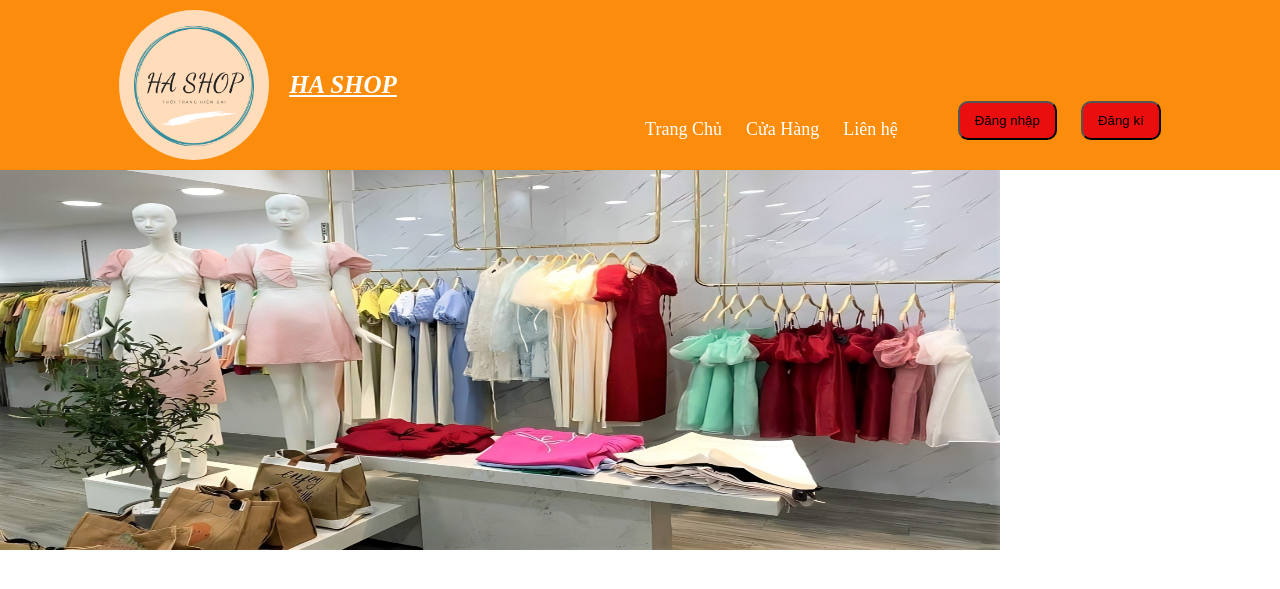
Repository: manhhieu120499/demo_page
Page: trangchu.html
These files come from the project's save history. The page is drawn as it stood at one moment and after the next save; the edit follows.
The browser window is 1280 px wide. The pictures show the whole page.

Above is the page before, as saved 2023-03-04 10:05:36.

### trangchu.html
<!DOCTYPE html>
<html lang="en">

<head>
    <meta charset="UTF-8" />
    <meta http-equiv="X-UA-Compatible" content="IE=edge" />
    <meta name="viewport" content="width=device-width, initial-scale=1.0" />
    <title>Document</title>
    <link rel="stylesheet" href="./style_trangchu.css">
</head>

<body>
    <div class="wrap">
        <div class="header">
            <div class="left-header">
                <img src="./Thời trang hiện dại.png" alt="logo_shop" class="picture"/>
                <h2 class="shop_name">HA SHOP</h2>
            </div>

            <div class="right-header">
                <div class="link">
                    <a href="#">Trang Chủ</a>
                    <a href="#">Cửa Hàng</a>
                    <a href="#">Liên hệ</a>
                </div>
                 <div class="btn">
                     <button>Đăng nhập</button>
                     <button>Đăng kí</button>
                 </div>
            </div>
        </div>

        <div class="slide_bar">
            <img src="./slide.jpg" alt="slide_picture">
        </div>


</body>

</html>

### style_trangchu.css
* {
    margin: 0;
    box-sizing: border-box;
}


.header {
    background-color: #FC8D0C;
    display: flex;
    justify-content: space-around;
    position: fixed;
    width: 100%;
    top: 0;
    left: 0;
    padding: 10px 0;
}

.left-header {
    display: flex;
    align-items: center;
    gap: 20px;
}

.left-header .picture {
    width: 150px;
    height: 150px;
    border-radius: 50%;
}

.left-header .shop_name {
    color: white;
    font-size: 25px;
    text-decoration: underline;
    font-style: italic;
}

.right-header .link > a {
    color: white;
    text-decoration: none;
    font-size: 18px;
    padding: 0 10px;
}

.right-header {
    display: flex;
    align-items: flex-end;
    margin-bottom: 20px;
    gap: 30px;
}

.right-header .btn > button {
    background-color: #EA0E0E;
    padding: 10px 15px;
    border-radius: 10px;
    margin-left: 20px;
}

/* slide bar*/
.slide_bar {
    margin-top: 150px;
}
.slide_bar > img{
    width: 1000px;
    height: 400px;
}

After the next save:
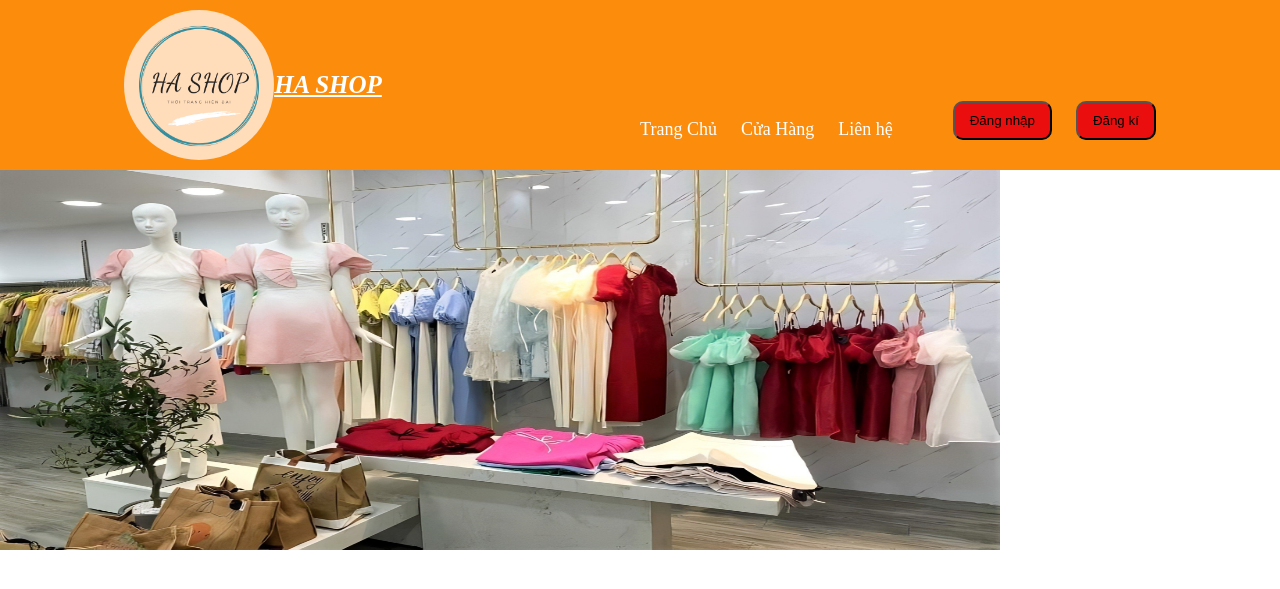
Saved 79 s later.
--- a/style_trangchu.css
+++ b/style_trangchu.css
@@ -18,7 +18,7 @@
 .left-header {
     display: flex;
     align-items: center;
-    gap: 20px;
+
 }
 
 .left-header .picture {

After the 4 saves that followed:
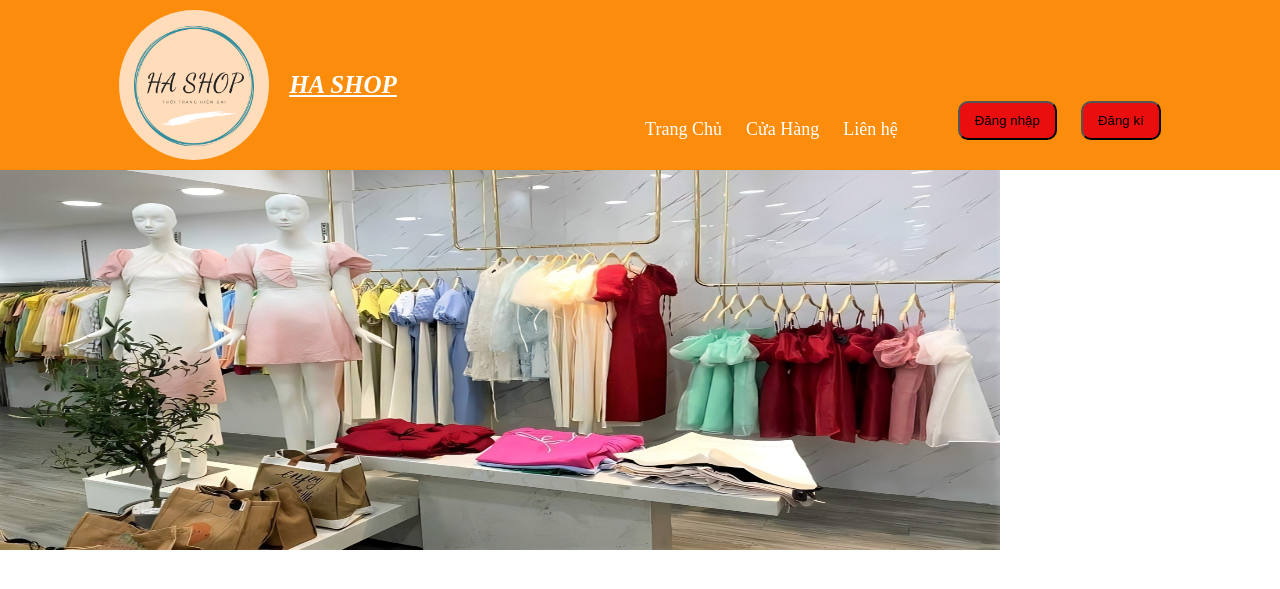
The 4 saves are shown as one change because 1 left the picture as it was and some came seconds apart.
The last was saved 28 s later.
--- a/style_trangchu.css
+++ b/style_trangchu.css
@@ -18,7 +18,7 @@
 .left-header {
     display: flex;
     align-items: center;
-
+    gap: 20px;
 }
 
 .left-header .picture {
